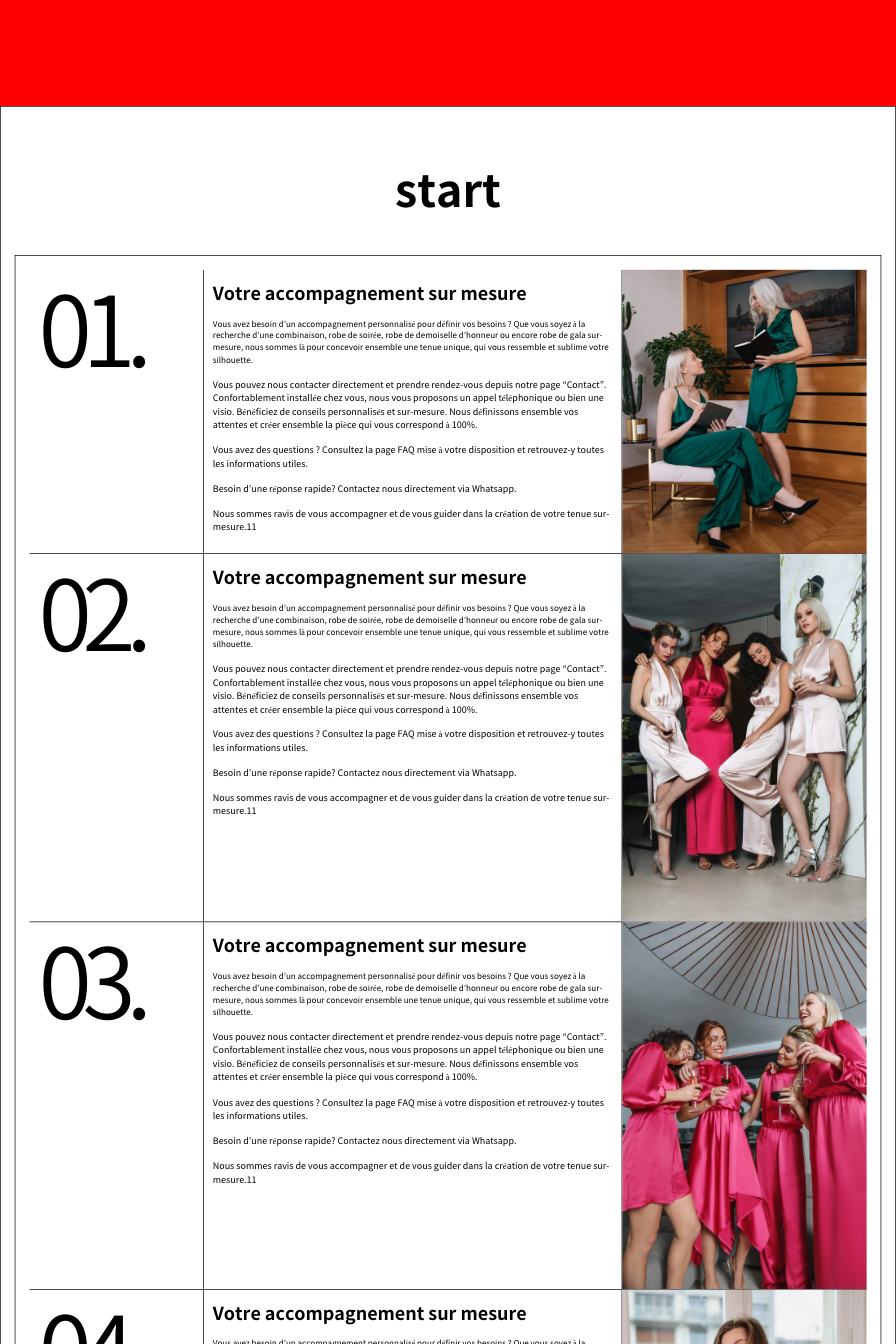
Repository: lwygold/motion
Page: layout/위로 하나씩 붙는 그리드.html
An editor plug-in stored every save of this project. The page is shown before and after the next save, followed by the edit.
The browser window is 1280 px wide. The pictures show the part of the page from y = 568 to 2488 px (the page is 4124 px tall before and 4416 px after), at 70% of full size.

Above is the page before, as saved 2023-03-28 09:59:42.

### layout/위로 하나씩 붙는 그리드.html
<!DOCTYPE html>
<html lang="ko">

<head>
    <meta http-equiv="Content-Type" content="text/html;charset=utf-8" />
    <meta name="viewport" content="width=device-width, user-scalable=no, target-densitydpi=medium-dpi" />
    <meta name="apple-mobile-web-app-capable" content="yes" />
    <meta name="format-detection" content="telephone=no" />
    <meta http-equiv="X-UA-Compatible" content="IE=edge" />
    <meta http-equiv="x-rim-auto-match" content="none" />
    <link rel="shortcut icon" href="./images/favicon.ico" />
    <link rel="stylesheet" type="text/css" href="../assets/css/slick.css" />
    <link rel="stylesheet" type="text/css" href="../assets/css/common.css" />
    <!-- <link rel="stylesheet" type="text/css" href="../assets/css/main.css" />
    <link rel="stylesheet" type="text/css" href="../assets/css/sub.css" /> -->
    <title>테스트</title>
    <script src="../assets/js/jquery-3.3.1.min.js"></script>
    <script src="../assets/js/jquery-ui.min.js"></script>
    <script src="../assets/js/slick.min.js"></script>
    <script src="../assets/js/gsap.js"></script>
    <script src="../assets/js/gsap_scroll_trigger.js"></script>
    <script src="../assets/js/green.js"></script>
    <script src="../assets/js/common.js"></script>
    <script src="../assets/js/main.js"></script>
    <script src="../assets/js/sub.js"></script>
</head>

<style>

    section {
        max-width: 100%;
        padding:0 2%;
        box-sizing: border-box;
    }

    section.top {
        width: 100vw;
        height: 100vh;
        background: red;
    }
    section.bottom{
        width: 100vw;
        height: 100vh;
        background: blue;
    }

    h2 {
        font-size: 5vw;
        text-align: center;
        margin: 5vw 0;
    }
    .grid {
        padding: 20px;
        border:1px solid #000;
    }

    .grid__li1 {
        border-bottom: 1px solid #000;
        display: grid;
        grid-template-columns: repeat(24,minmax(0,1fr));
        grid-template-rows: min-content minmax(0,1fr);
    }

    .grid__li1 > div:first-child {
        border-right: 1px solid #000;
        grid-column-start: 1;
        grid-column-end: 6;
        box-sizing: border-box;
        padding: 1vw;
    }

    .grid__li1 > div:nth-child(2) {
        border-right: 1px solid #000;
        grid-column-start: 6;
        grid-column-end: 18;
        box-sizing: border-box;
        padding: 1vw;
    }

    .grid__li1 > div:nth-child(3) {
        grid-column-start: 18;
        grid-column-end: 25;
    }

    .grid__li1 > div:first-child span {
        font-size: 3.3vw;
        font-weight: 300;
        transform: scale(3.3);
        transform-origin: top left;
        display: inline-block;
        letter-spacing: -0.1em;
    }

    .grid__li1 > div:nth-child(2) h3 {
        font-size: 2vw;
        line-height: 1.5;
        color: #000;
        margin-bottom: 1.3vw;
    }

    .grid__li1 > div:nth-child(2) > p {
        font-size: 0.9vw;
        color: #000;
        margin-bottom: 1.3vw;
        line-height: 1.5;
    }

    .grid__li1 > div:nth-child(2) > div > p {
        font-size: 1vw;
        line-height: 1.5;
        color: #000;
        margin-bottom: 1.3vw;
    }

    .grid__li1 > div:nth-child(3) img {
        width: 100%;
        height: 100%;
        object-fit: cover;
    }


</style>

<body>

    <section class="top"></section>
    <section class="grid">

        <div>
            <h2>start</h2>
            <ul class="grid">
                <li class="grid__li1">
                    <div>
                        <span>01.</span>
                    </div>
                    <div>
                        <h3>
                            Votre accompagnement sur mesure
                        </h3>
                        <p>
                            Vous avez besoin d’un accompagnement personnalisé pour définir vos besoins ?
                            Que vous soyez à la recherche d’une combinaison, robe de soirée, robe de demoiselle d’honneur ou encore robe de gala sur-mesure, nous sommes là pour concevoir ensemble une tenue unique, qui vous ressemble et sublime votre silhouette.
                        </p>
                        <div>
                            <p>Vous pouvez nous contacter directement et prendre rendez-vous depuis notre page “Contact”. Confortablement installée chez vous, nous vous proposons un appel téléphonique ou bien une visio. Bénéficiez de conseils personnalisés et sur-mesure. Nous définissons ensemble vos attentes et créer ensemble la pièce qui vous correspond à 100%.</p>
                            <p>Vous avez des questions ? Consultez la page FAQ mise à votre disposition et retrouvez-y toutes les informations utiles.</p>
                            <p>Besoin d’une réponse rapide? Contactez nous directement via Whatsapp.</p>
                            <p> Nous sommes ravis de vous accompagner et de vous guider dans la création de votre tenue sur-mesure.11</p>
                        </div>
                    </div>
                    <div>
                        <img src="./images/11.png" alt="" >
                    </div>
                </li>
                <li class="grid__li1">
                    <div>
                        <span>02.</span>
                    </div>
                    <div>
                        <h3>
                            Votre accompagnement sur mesure
                        </h3>
                        <p>
                            Vous avez besoin d’un accompagnement personnalisé pour définir vos besoins ?
                            Que vous soyez à la recherche d’une combinaison, robe de soirée, robe de demoiselle d’honneur ou encore robe de gala sur-mesure, nous sommes là pour concevoir ensemble une tenue unique, qui vous ressemble et sublime votre silhouette.
                        </p>
                        <div>
                            <p>Vous pouvez nous contacter directement et prendre rendez-vous depuis notre page “Contact”. Confortablement installée chez vous, nous vous proposons un appel téléphonique ou bien une visio. Bénéficiez de conseils personnalisés et sur-mesure. Nous définissons ensemble vos attentes et créer ensemble la pièce qui vous correspond à 100%.</p>
                            <p>Vous avez des questions ? Consultez la page FAQ mise à votre disposition et retrouvez-y toutes les informations utiles.</p>
                            <p>Besoin d’une réponse rapide? Contactez nous directement via Whatsapp.</p>
                            <p> Nous sommes ravis de vous accompagner et de vous guider dans la création de votre tenue sur-mesure.11</p>
                        </div>
                    </div>
                    <div>
                        <img src="./images/22.png" alt="" >
                    </div>
                </li>
                <li class="grid__li1">
                    <div>
                        <span>03.</span>
                    </div>
                    <div>
                        <h3>
                            Votre accompagnement sur mesure
                        </h3>
                        <p>
                            Vous avez besoin d’un accompagnement personnalisé pour définir vos besoins ?
                            Que vous soyez à la recherche d’une combinaison, robe de soirée, robe de demoiselle d’honneur ou encore robe de gala sur-mesure, nous sommes là pour concevoir ensemble une tenue unique, qui vous ressemble et sublime votre silhouette.
                        </p>
                        <div>
                            <p>Vous pouvez nous contacter directement et prendre rendez-vous depuis notre page “Contact”. Confortablement installée chez vous, nous vous proposons un appel téléphonique ou bien une visio. Bénéficiez de conseils personnalisés et sur-mesure. Nous définissons ensemble vos attentes et créer ensemble la pièce qui vous correspond à 100%.</p>
                            <p>Vous avez des questions ? Consultez la page FAQ mise à votre disposition et retrouvez-y toutes les informations utiles.</p>
                            <p>Besoin d’une réponse rapide? Contactez nous directement via Whatsapp.</p>
                            <p> Nous sommes ravis de vous accompagner et de vous guider dans la création de votre tenue sur-mesure.11</p>
                        </div>
                    </div>
                    <div>
                        <img src="./images/33.png" alt="" >
                    </div>
                </li>
                <li class="grid__li1">
                    <div>
                        <span>04.</span>
                    </div>
                    <div>
                        <h3>
                            Votre accompagnement sur mesure
                        </h3>
                        <p>
                            Vous avez besoin d’un accompagnement personnalisé pour définir vos besoins ?
                            Que vous soyez à la recherche d’une combinaison, robe de soirée, robe de demoiselle d’honneur ou encore robe de gala sur-mesure, nous sommes là pour concevoir ensemble une tenue unique, qui vous ressemble et sublime votre silhouette.
                        </p>
                        <div>
                            <p>Vous pouvez nous contacter directement et prendre rendez-vous depuis notre page “Contact”. Confortablement installée chez vous, nous vous proposons un appel téléphonique ou bien une visio. Bénéficiez de conseils personnalisés et sur-mesure. Nous définissons ensemble vos attentes et créer ensemble la pièce qui vous correspond à 100%.</p>
                            <p>Vous avez des questions ? Consultez la page FAQ mise à votre disposition et retrouvez-y toutes les informations utiles.</p>
                            <p>Besoin d’une réponse rapide? Contactez nous directement via Whatsapp.</p>
                            <p> Nous sommes ravis de vous accompagner et de vous guider dans la création de votre tenue sur-mesure.11</p>
                        </div>
                    </div>
                    <div>
                        <img src="./images/44.png" alt="" >
                    </div>
                </li>
                <li class="grid__li1">
                    <div>
                        <span>05.</span>
                    </div>
                    <div>
                        <h3>
                            Votre accompagnement sur mesure
                        </h3>
                        <p>
                            Vous avez besoin d’un accompagnement personnalisé pour définir vos besoins ?
                            Que vous soyez à la recherche d’une combinaison, robe de soirée, robe de demoiselle d’honneur ou encore robe de gala sur-mesure, nous sommes là pour concevoir ensemble une tenue unique, qui vous ressemble et sublime votre silhouette.
                        </p>
                        <div>
                            <p>Vous pouvez nous contacter directement et prendre rendez-vous depuis notre page “Contact”. Confortablement installée chez vous, nous vous proposons un appel téléphonique ou bien une visio. Bénéficiez de conseils personnalisés et sur-mesure. Nous définissons ensemble vos attentes et créer ensemble la pièce qui vous correspond à 100%.</p>
                            <p>Vous avez des questions ? Consultez la page FAQ mise à votre disposition et retrouvez-y toutes les informations utiles.</p>
                            <p>Besoin d’une réponse rapide? Contactez nous directement via Whatsapp.</p>
                            <p> Nous sommes ravis de vous accompagner et de vous guider dans la création de votre tenue sur-mesure.11</p>
                        </div>
                    </div>
                    <div>
                        <img src="./images/55.png" alt="" >
                    </div>
                </li>
            </ul>
        </div>

    </section>
    <section class="bottom"></section>





    <script>

        $(function () {

            gsap.registerPlugin(ScrollTrigger);






        });

    </script>
</body>

</html>

### assets/css/common.css
@charset "utf-8";

@font-face {
 font-family: "NotoSansKR";
 font-style: normal;
 font-weight: 100;
 src: url(fonts/NotoSansKR-ExtraLight.woff) format("woff");
}

@font-face {
 font-family: "NotoSansKR";
 font-style: normal;
 font-weight: 200;
 src: url(fonts/NotoSansKR-Light.woff) format("woff");
}

@font-face {
 font-family: "NotoSansKR";
 font-style: normal;
 font-weight: 300;
 src: url(fonts/NotoSansKR-DemiLight.woff) format("woff");
}

@font-face {
 font-family: "NotoSansKR";
 font-style: normal;
 font-weight: 400;
 src: url(fonts/NotoSansKR-Regular.woff) format("woff");
}

@font-face {
 font-family: "NotoSansKR";
 font-style: normal;
 font-weight: 500;
 src: url(fonts/NotoSansKR-Medium.woff) format("woff");
}

@font-face {
 font-family: "NotoSansKR";
 font-style: normal;
 font-weight: 600;
 src: url(fonts/NotoSansKR-Bold.woff) format("woff");
}

@font-face {
 font-family: "NotoSansKR";
 font-style: normal;
 font-weight: 700;
 src: url(fonts/NotoSansKR-Bold-Hestia.woff) format("woff");
}

@font-face {
 font-family: "NotoSansKR";
 font-style: normal;
 font-weight: 800;
 src: url(fonts/NotoSansKR-Black-Hestia.woff) format("woff");
}

@font-face {
 font-family: "Montserrat";
 font-style: normal;
 font-weight: 100;
 src: url(fonts/Montserrat-ExtraLight.woff) format("woff");
}

@font-face {
 font-family: "Montserrat";
 font-style: normal;
 font-weight: 200;
 src: url(fonts/Montserrat-Light.woff) format("woff");
}

@font-face {
 font-family: "Montserrat";
 font-style: normal;
 font-weight: 300;
 src: url(fonts/Montserrat-Regular.woff) format("woff");
}

@font-face {
 font-family: "Montserrat";
 font-style: normal;
 font-weight: 400;
 src: url(fonts/Montserrat-Regular.woff) format("woff");
}

@font-face {
 font-family: "Montserrat";
 font-style: normal;
 font-weight: 500;
 src: url(fonts/Montserrat-Medium.woff) format("woff");
}

@font-face {
 font-family: "Montserrat";
 font-style: normal;
 font-weight: 600;
 src: url(fonts/Montserrat-Bold.woff) format("woff");
}

@font-face {
 font-family: "Montserrat";
 font-style: normal;
 font-weight: 700;
 src: url(fonts/Montserrat-ExtraBold.woff) format("woff");
}

@font-face {
 font-family: "Montserrat";
 font-style: normal;
 font-weight: 800;
 src: url(fonts/Montserrat-ExtraBlack.woff) format("woff");
}

@font-face {
 font-family: "Saira";
 font-style: normal;
 font-weight: 100;
 src: url(fonts/Saira-ExtraLight.woff) format("woff");
}

@font-face {
 font-family: "Saira";
 font-style: normal;
 font-weight: 200;
 src: url(fonts/Saira-Light.woff) format("woff");
}

@font-face {
 font-family: "Saira";
 font-style: normal;
 font-weight: 300;
 src: url(fonts/Saira-Regular.woff) format("woff");
}

@font-face {
 font-family: "Saira";
 font-style: normal;
 font-weight: 400;
 src: url(fonts/Saira-Regular.woff) format("woff");
}

@font-face {
 font-family: "Saira";
 font-style: normal;
 font-weight: 500;
 src: url(fonts/Saira-Medium.woff) format("woff");
}

@font-face {
 font-family: "Saira";
 font-style: normal;
 font-weight: 600;
 src: url(fonts/Saira-Bold.woff) format("woff");
}

@font-face {
 font-family: "Saira";
 font-style: normal;
 font-weight: 700;
 src: url(fonts/Saira-ExtraBold.woff) format("woff");
}

@font-face {
 font-family: "Saira";
 font-style: normal;
 font-weight: 800;
 src: url(fonts/Saira-Black.woff) format("woff");
}

@font-face {
 font-family: "NanumSquare";
 font-style: normal;
 font-weight: 200;
 src: url(fonts/NanumSquareL.woff) format("woff");
}

@font-face {
 font-family: "NanumSquare";
 font-style: normal;
 font-weight: 400;
 src: url(fonts/NanumSquareR.woff) format("woff");
}

@font-face {
 font-family: "NanumSquare";
 font-style: normal;
 font-weight: 600;
 src: url(fonts/NanumSquareB.woff) format("woff");
}

@font-face {
 font-family: "NanumSquare";
 font-style: normal;
 font-weight: 700;
 src: url(fonts/NanumSquareEB.woff) format("woff");
}

@font-face {
 font-family: "play";
 font-style: normal;
 font-weight: 400;
 src: url(fonts/Play-Regular.woff) format("woff");
}

@font-face {
 font-family: "play";
 font-style: normal;
 font-weight: 600;
 src: url(fonts/Play-Bold.woff) format("woff");
}

@font-face {
 font-family: "Lovelace";
 font-style: normal;
 font-weight: 100;
 src: url(fonts/Lovelace-ExtraLight.woff) format("woff");
}

@font-face {
 font-family: "Lovelace";
 font-style: normal;
 font-weight: 200;
 src: url(fonts/Lovelace-Light.woff) format("woff");
}

@font-face {
 font-family: "Lovelace";
 font-style: normal;
 font-weight: 400;
 src: url(fonts/Lovelace-Regular.woff) format("woff");
}

@font-face {
 font-family: "Lovelace";
 font-style: normal;
 font-weight: 500;
 src: url(fonts/Lovelace-Medium.woff) format("woff");
}

@font-face {
 font-family: "Lovelace";
 font-style: normal;
 font-weight: 600;
 src: url(fonts/Lovelace-Bold.woff) format("woff");
}

@font-face {
 font-family: "Lovelace";
 font-style: normal;
 font-weight: 700;
 src: url(fonts/Lovelace-ExtraBold.woff) format("woff");
}

* {
 font-family: "NotoSansKR";
 box-sizing: border-box;
}

/* 여백 초기화 */
html,
body,
div,
span,
object,
iframe,
h1,
h2,
h3,
h4,
h5,
h6,
p,
blockquote,
pre,
abbr,
address,
cite,
code,
del,
dfn,
em,
img,
ins,
kbd,
q,
samp,
small,
strong,
sub,
sup,
var,
b,
i,
dl,
dt,
dd,
ol,
ul,
li,
fieldset,
form,
label,
legend,
table,
caption,
tbody,
tfoot,
thead,
tr,
th,
td,
article,
aside,
canvas,
details,
figcaption,
figure,
footer,
header,
hgroup,
menu,
nav,
section,
summary,
time,
mark,
audio,
video {
 margin: 0;
 padding: 0;
 border: 0;
 outline: 0;
 font-size: 100%;
 vertical-align: baseline;
 background: transparent;
}

* {
 -webkit-text-size-adjust: none;
 -moz-text-size-adjust: none;
 -ms-text-size-adjust: none;
}

html,
body {
 position: relative;
 margin: 0 auto;
 height: 100%;
 width: 100%;
}

body {
 line-height: 1;
}

article,
aside,
details,
figcaption,
figure,
footer,
header,
hgroup,
menu,
nav,
section {
 display: block;
}

ul,
li {
 list-style: none;
}

blockquote,
q {
 quotes: none;
}

blockquote:before,
blockquote:after,
q:before,
q:after {
 content: "";
 content: none;
}

a {
 margin: 0;
 padding: 0;
 color: #000;
 font-size: 100%;
 text-decoration: none;
 vertical-align: baseline;
 background: transparent;
}

del {
 text-decoration: line-through;
}

abbr[title],
dfn[title] {
 border-bottom: 1px dotted;
 cursor: help;
}

table {
 border-collapse: collapse;
 border-spacing: 0;
}

/* change border colour to suit your needs */

hr {
 display: block;
 height: 1px;
 border: 0;
 border-top: 1px solid #cccccc;
 margin: 1em 0;
 padding: 0;
}

input,
select {
 vertical-align: middle;
}

/*-------------------------------------------------------------------
 @input style
-------------------------------------------------------------------*/

button {
 -webkit-appearance: none;
 appearance: none;
 -webkit-border-radius: 0;
 border-radius: 0;
}

input[type="button"],
input[type="reset"],
input[type="text"],
input[type="password"],
input[type="submit"],
input[type="search"],
input[type="tel"],
input[type="email"] {
 -webkit-appearance: none;
 appearance: none;
 -webkit-border-radius: 0;
 border-radius: 0;
 font-size: 16px;
}

/*-------------------------------------------------------------------
 @select
-------------------------------------------------------------------*/
select {
 font-family: "Noto Sans KR";
 font-size: 19px;
 -webkit-appearance: none;
 -moz-appearance: none;
 appearance: none;
 background-image: url(../images/sl_btn.png);
 background-repeat: no-repeat;
 background-position: 93% 50%;
 background-size: 15px;
 background-color: #fff;
 border: none;
 width: 100%;
}

/*-------------------------------------------------------------------
 @select IE10,11의 네이티브 화살표 숨기기
-------------------------------------------------------------------*/
select::-ms-expand {
 display: none;
}

/*-------------------------------------------------------------------
 @clearfix
-------------------------------------------------------------------*/
.clearfix {
 *zoom: 1;
}

.clearfix:before,
.clearfix:after {
 display: block;
 content: "";
 line-height: 0;
}

.clearfix:after {
 clear: both;
}

.fl {
 float: left;
}

.fr {
 float: right;
}

/*-------------------------------------------------------------------
 @공통서브
-------------------------------------------------------------------*/

section {
 box-sizing: border-box;
 overflow: hidden;
 position: relative;
 width: 100%;
 max-width: 1920px;
 margin: 0 auto;
}

.inner {
 width: 100%;
 max-width: 1280px;
 margin:0 auto;
 padding: 0px 40px;
 box-sizing: border-box;
}

/* 가로 양옆으로 */
.flex__lrc,
.flex__lrc2 {
 display: flex;
 flex-direction: row;
 flex-wrap: wrap;
 justify-content: space-between;
 align-items: center;
}

.flex__lrt,
.flex__lrt2 {
 display: flex;
 flex-direction: row;
 flex-wrap: wrap;
 justify-content: space-between;
 align-items: flex-start;
}

.flex__lrb,
.flex__lrb2 {
 display: flex;
 flex-direction: row;
 flex-wrap: wrap;
 justify-content: space-between;
 align-items: flex-end;
}

/* 가로 가운데 새로 가운데 */
.flex__cc,
.flex__cc1,
.flex__cc2 {
 display: flex;
 flex-direction: row;
 flex-wrap: wrap;
 justify-content: center;
 align-items: center;
}

.flex__lrc2 > div,
.flex__lrt2 > div,
.flex__lrb2 > div,
.flex__cc2 > div {
 width: 50%;
}

.h100 {
 height: 100%;
}

.w100 {
 width: 100%;
}

.row2,
.row3,
.row4,
.row5 {
 display: flex;
 flex-direction: row;
 flex-wrap: wrap;
}

.row2 > .col {
 width: 50%;
}

.row3 > .col {
 width: 33.33%;
}

.row4 > .col {
 width: 25%;
}

.row5 > .col {
 width: 20%;
}

.flex { display: flex; }
.flex-l { display: flex; justify-content: flex-start; }
.flex-lc { display: flex; justify-content: flex-start; align-items: center; }
.flex-lr { display: flex; justify-content: space-between; }
.flex-lrc { display: flex; justify-content: space-between; align-items: center; }
.flex-r { display: flex; justify-content: flex-end; }
.flex-rc { display: flex; justify-content: flex-end; align-items: center; }
.flex-c { display: flex; justify-content: center; }
.flex-cc { display: flex; justify-content: center; align-items: center; }


@media only screen and (max-width: 640px) {
}

### assets/js/common.js
var clickType = "click";
if ("ontouchstart" in document.documentElement) {
    clickType = "touchstart";
}
$(function () {

})

### assets/js/main.js
const faq_type1 = function () {
    var faq_past = -1;
    $('.faq ul li').bind("click", function (e) {
        setTimeout(function () {
            locoScroll.update();
        }, 500);
        var idx = $(this).index();
        $(this).parent().find('li').removeClass('active color')
        if (idx == faq_past) {
            $(this).removeClass('active color')
            faq_past = -1;
        } else {
            $(this).addClass('active color')
            faq_past = idx;
        }
    });
}

### assets/js/sub.js
$(function () {

})

Loaded but not shown: assets/css/slick.css (common file); assets/js/jquery-3.3.1.min.js (library); assets/js/jquery-ui.min.js (library); assets/js/slick.min.js (library); assets/js/gsap.js (library); assets/js/gsap_scroll_trigger.js (library); assets/js/green.js (187 lines, source omitted)

After the next save:
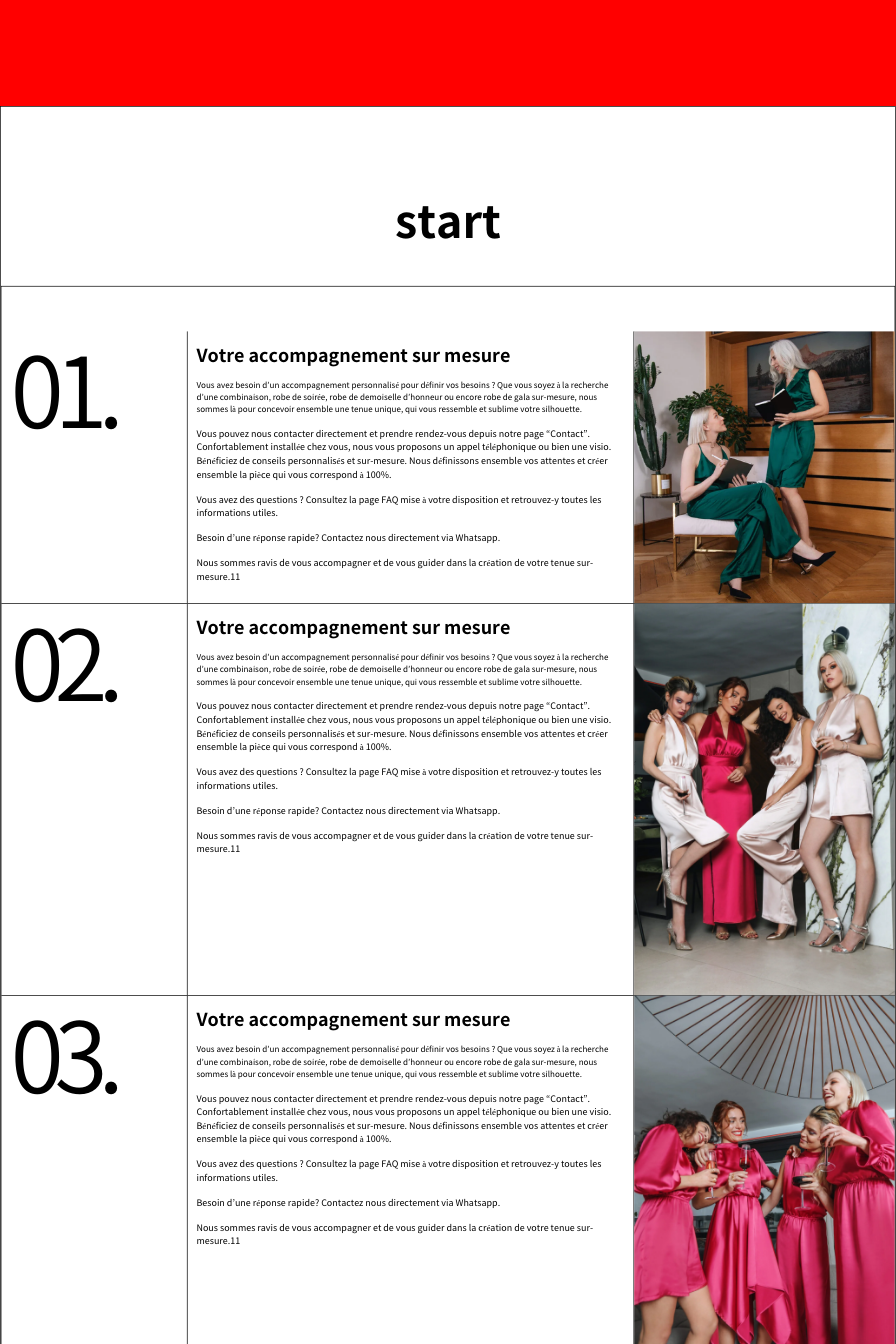
Saved 11 s later.
--- a/layout/위로 하나씩 붙는 그리드.html
+++ b/layout/위로 하나씩 붙는 그리드.html
@@ -50,8 +50,9 @@
         margin: 5vw 0;
     }
     .grid {
-        padding: 20px;
+        padding: 5vw 0;
         border:1px solid #000;
+        box-sizing: border-box;
     }
 
     .grid__li1 {
